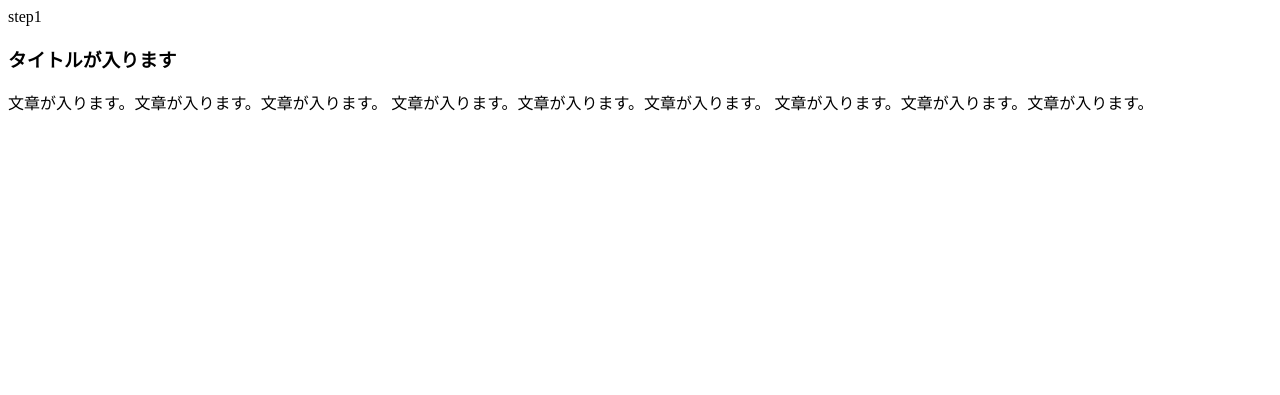
Repository: miho-baba/chapter10.1
Page: chapter9/chapter9.html
The author's editor kept a record of every edit. The page is drawn from the files as they stood at one moment, then again after the next edit.
The browser window is 1280 px wide. The pictures show the whole page.

Above is the page before.
Not found: chapter9/chapter.css

After the next edit:
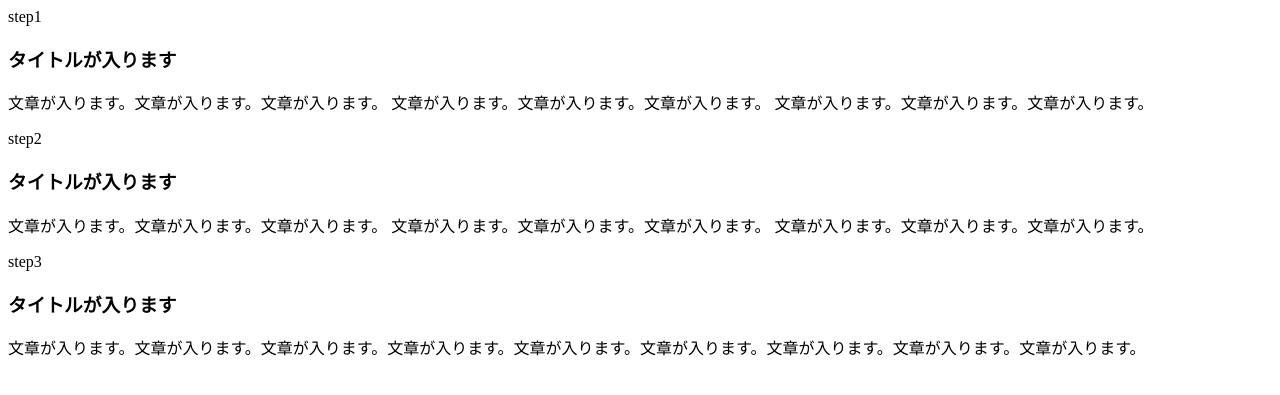
The edit:
--- a/chapter9/chapter9.html
+++ b/chapter9/chapter9.html
@@ -19,3 +19,27 @@
           文章が入ります。文章が入ります。文章が入ります。
         </p>
       </div>
+
+      <div class="step-box">
+        <div class="step-img2"></div>
+        <span class="step-num">step2</span>
+        <h3 class="title">タイトルが入ります</h3>
+        <p class="text">
+          文章が入ります。文章が入ります。文章が入ります。
+          文章が入ります。文章が入ります。文章が入ります。
+          文章が入ります。文章が入ります。文章が入ります。
+        </p>
+      </div>
+
+      <div class="step-box">
+        <div class="step-img3"></div>
+        <span class="step-num">step3</span>
+        <h3 class="title">タイトルが入ります</h3>
+        <p class="text">
+          文章が入ります。文章が入ります。文章が入ります。文章が入ります。文章が入ります。文章が入ります。文章が入ります。文章が入ります。文章が入ります。
+        </p>
+      </div>
+    </main>
+    <footer></footer>
+  </body>
+</html>
